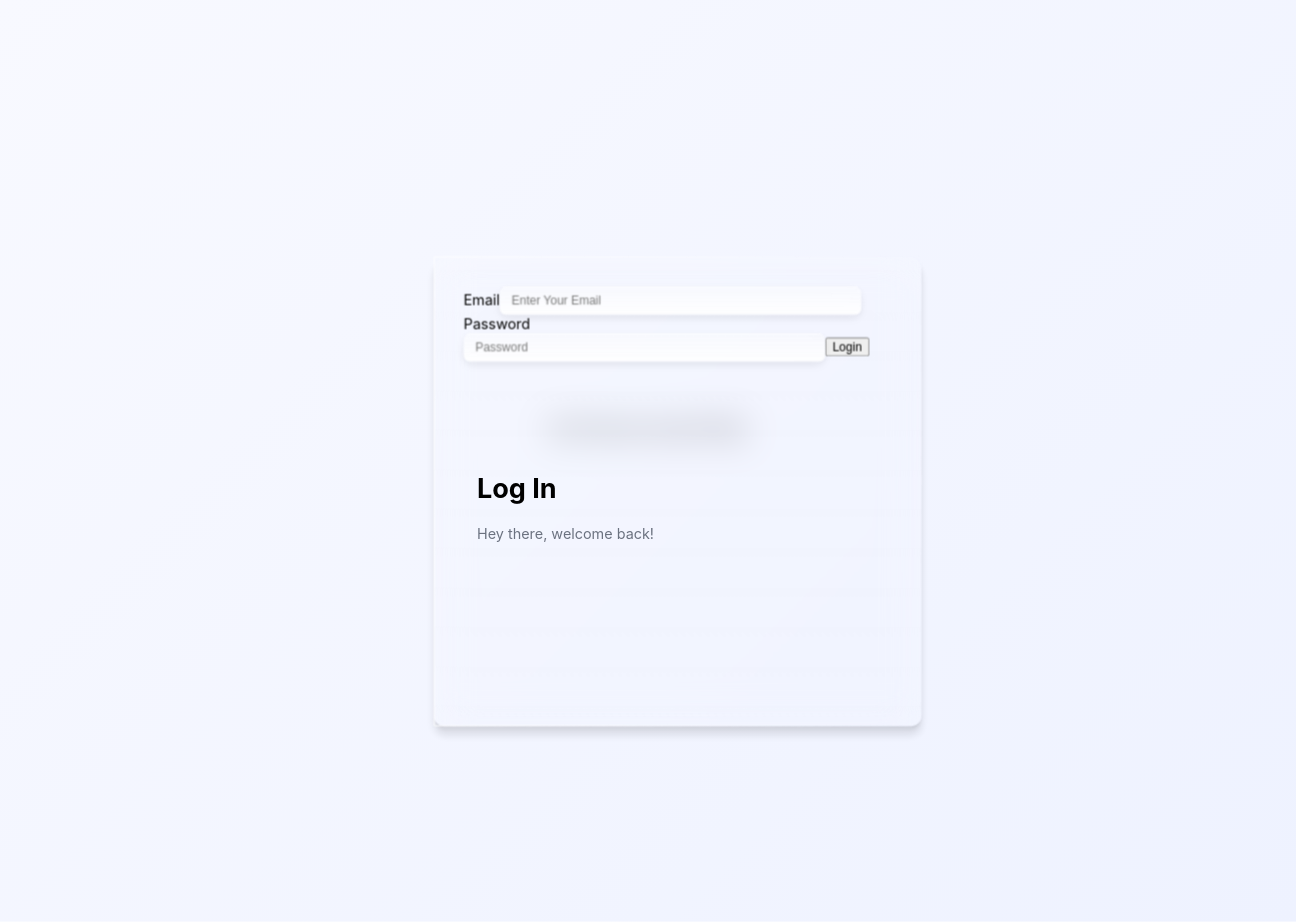
Repository: AfifaNoor/Admin_Panel-React-
Page: /
An editor plug-in stored every save of this project. The page is shown before and after the next save, followed by the edit.
The browser window is 1280 px wide. The page is 1440 px wide, so the pictures cover 1440 px, including what lies to the right of the window. The pictures show the whole page, at 90% of full size.
The project was rebuilt for these pictures with package versions that can differ from the ones it lists, and the page was loaded fresh each time. Also part of the build but not shown: src/SignUp.jsx.

Above is the page before, as saved 2025-07-10 15:57:12.

### src/App.js
import React from 'react'
import LoginPage from './LoginPage'
import { RouterProvider } from 'react-router-dom'
import Router from './Router'

const App = () => {
  return (
    <>
      {/* <RouterProvider router={Router}/> */}
      <LoginPage/>
    </>


  )
}

export default App

### src/LoginPage.jsx
import React, { useState } from 'react'
// import {Navigate, useNavigate} from 'react-router-dom';
import "./LoginPage.css"
import { ToastContainer, toast } from 'react-toastify';
import 'react-toastify/dist/ReactToastify.css';

const LoginPage = () => {
    const[email , setEmail]=useState('')
    const [password , setPassword] = useState('')
    // const navigate= useNavigate();

const handleSubmit =(e)=>{
    e.preventDefault();

 const hardcoreMail="login@gmail.com";
 const hardcorePassword = '1234567'

    if (email=== hardcoreMail && password === hardcorePassword){
        alert("Login Successfull")

    }else{
        alert("Invalid Credential")
    }

}



  return (
 <div className="login-container">

      <div className="signup-redirect">
        <p>
          Don’t have an account?{' '}
          {/* <span className="signup-link" onClick={() => navigate('/sign-up')}> */}
            {/* Sign Up */}
          {/* </span> */}
          <span className="signup-link" >
            Sign
          </span>
        </p>
      </div>

      <div className="title">
        <h1>Log In</h1>
        <p>Hey there, welcome back!</p>
      </div>

    <div>



    </div>

      <form className="login-form" onSubmit={handleSubmit}>
      <label className='form-label'>Email</label>
        <input
          type="email"
          className="form-input"
          value={email}
          placeholder="Enter Your Email"
          onChange={(e) => setEmail(e.target.value)}
          required
        />

        <label className='form-label'>Password</label>
        <input
          type="password"
          className="form-input"
          placeholder="Password"
          value={password}
          onChange={(e) => setPassword(e.target.value)}
          required
        />

        <button className="login-btn" type="submit">
          Login
        </button>

        {/* <ToastContainer /> */}
      </form>
    </div>
  );
}

export default LoginPage

### src/Router.jsx
import React from 'react';
import { createBrowserRouter , createRoutesFromElements , Route } from 'react-router-dom';
import LoginPage from './LoginPage';
import SignUp from './SignUp';

const Router = createBrowserRouter(
  createRoutesFromElements(
    <>

      <Route path='/sign-up' element={<SignUp/>}/>
      <Route path='login-page' element={<LoginPage/>}/>
    </>
  )
)

export default Router;

### src/LoginPage.css
.login-container {
  width: 1440px;
  height: 1024px;
  /* background: #FFFFFF; */
  opacity: 1;
  transform: rotate(0deg);
  display: flex;
  justify-content: center;
  align-items: center;
  background: linear-gradient(135deg, #f8f9ff, #eef2ff);
  flex-direction: column;
  /* font-family: 'Inter','sans-serif'; */
  position: relative;


}


.title{
  z-index: 3;
  width: 380px;
  height: 72px;
  opacity: 1;
  gap: 10px;

}

.title h1 {
width: 380px;
height: 40px;
font-family: 'Inter', sans-serif;
font-weight: 600px;
font-size: 30px;
line-height: 40px;
letter-spacing: -1%;
}

.title p{
  font-size: 16px;
  font-style: Inter;
  font-weight: 400px;
  font-style:normal;
  line-height: 22px;
  letter-spacing: -1%;
  color: rgba(107, 114, 128, 1);

}

.login-form{
  width: 476px;
  height: 456px;
  position: absolute;
  top: 284.5px;
  left: 482px;
  border-radius: 12px;
  padding: 32px;
  gap: 10px;
  opacity: 1;
  flex-direction: column;

  z-index: 2;

  background: linear-gradient(180deg, rgba(255, 255, 255, 0) -9.58%, rgba(255, 255, 255, 0.052) 100%);
  border: 1px solid transparent;
  border-image-source: linear-gradient(93.78deg, #FFFFFF 8.04%, rgba(255, 255, 255, 0) 100%);
  border-image-slice: 1;


-webkit-backdrop-filter: blur(20px);
backdrop-filter: blur(20px);

box-shadow:
  0px 10px 10px 0px rgba(0, 0, 0, 0.10),
  0px 4px 4px 0px rgba(0, 0, 0, 0.05),
  0px 1px 0px 0px rgba(0, 0, 0, 0.05),
  inset 0px 20px 50px 0px rgba(255, 255, 255, 0.15);

}

.form-label{
width: 380px;
height: 22px;
transform: rotate(0deg);
opacity: 1;
gap: 12px;

}

.form-input{

 width: 380px;
  height: 20px;
  min-width: 140px;
  max-width: 500px;
  transform: rotate(0deg);
  opacity: 1;
  border-radius: 8px;
  border-width: 1px;
  padding: 5px 8px 5px 12px;
  gap: 8px;

  background: linear-gradient(0deg, rgba(255, 255, 255, 0.9) 0%, rgba(255, 255, 255, 0.4) 100%);
  border: 1px solid transparent; /* fallback for border-image */

  border-image:
    linear-gradient(0deg, rgba(255, 255, 255, 0.1), rgba(255, 255, 255, 0.1)),
    linear-gradient(360deg, rgba(255, 255, 255, 0.5) 0%, rgba(255, 255, 255, 0) 100%);
  border-image-slice: 1;


  -webkit-backdrop-filter: blur(20px);
  backdrop-filter: blur(20px);
  box-shadow: 0 4px 10px rgba(0,0,0,0.08);
  cursor: pointer;
}

Loaded but not shown: public/index.html (common file); src/index.js (common file); src/index.css (common file); src/reportWebVitals.js (common file)

After the next save:
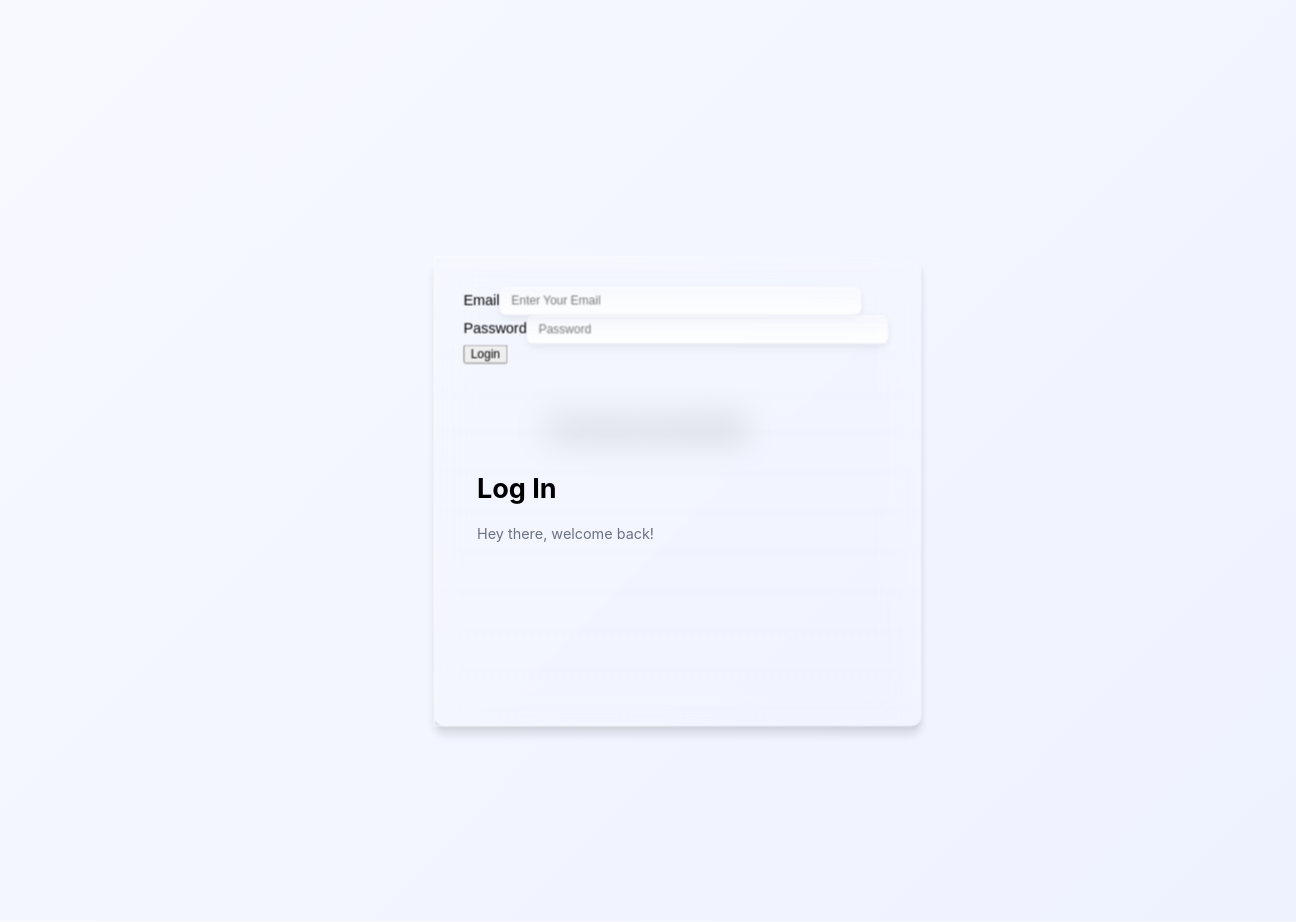
Saved 33 s later.
--- a/src/LoginPage.css
+++ b/src/LoginPage.css
@@ -84,6 +84,8 @@ transform: rotate(0deg);
 opacity: 1;
 gap: 12px;
 
+font-family: sans-serif;
+
 }
 
 .form-input{
